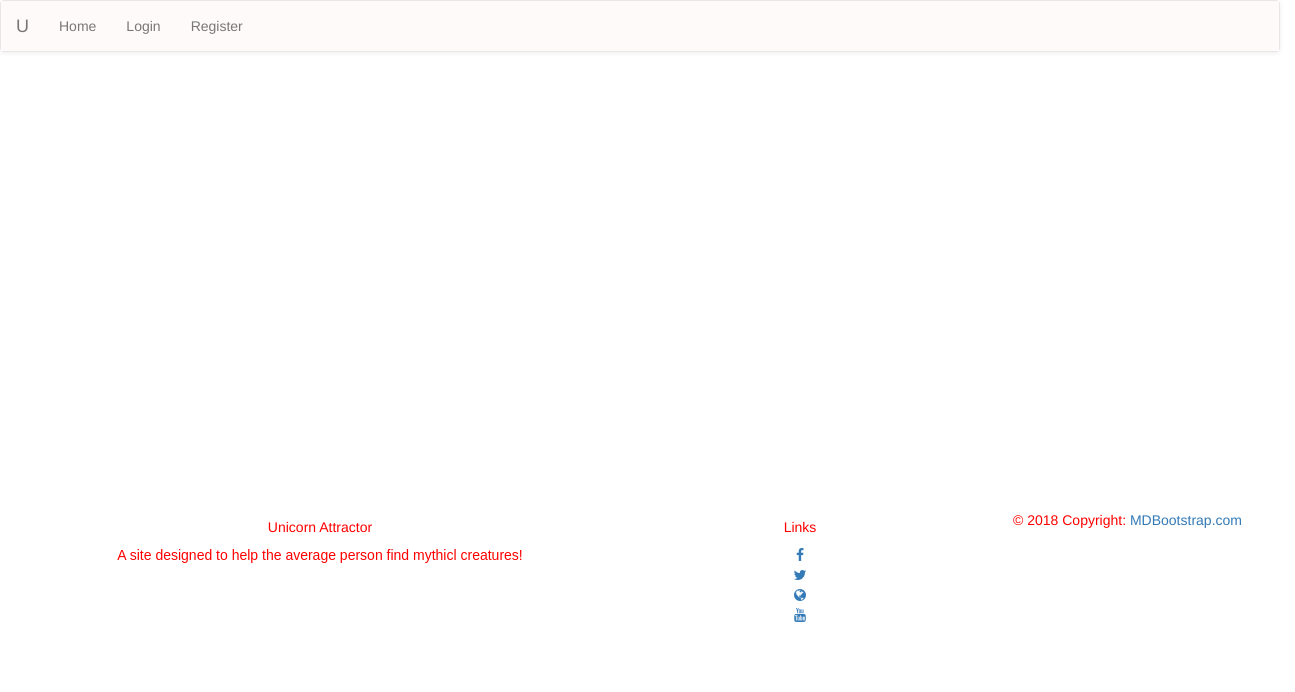
Repository: h8130084/UnicornAttractor
Page: templates/base.html
The author's editor kept a record of every edit. The page is drawn from the files as they stood at one moment, then again after the next edit.
The browser window is 1280 px wide. The page is 1295 px wide, then 1280 px, so the pictures cover 1295 px, including what lies to the right of the window. The pictures show the whole page.
Some web fonts or font styles are not loaded; a fallback is used. Some web libraries are served in a nearby version. The template is drawn by Django 2.2. The application's start-up code is not run. The template is opened directly, without the code that normally fills it, so the values that code supplies are empty.

Above is the page before.

After the next edit:
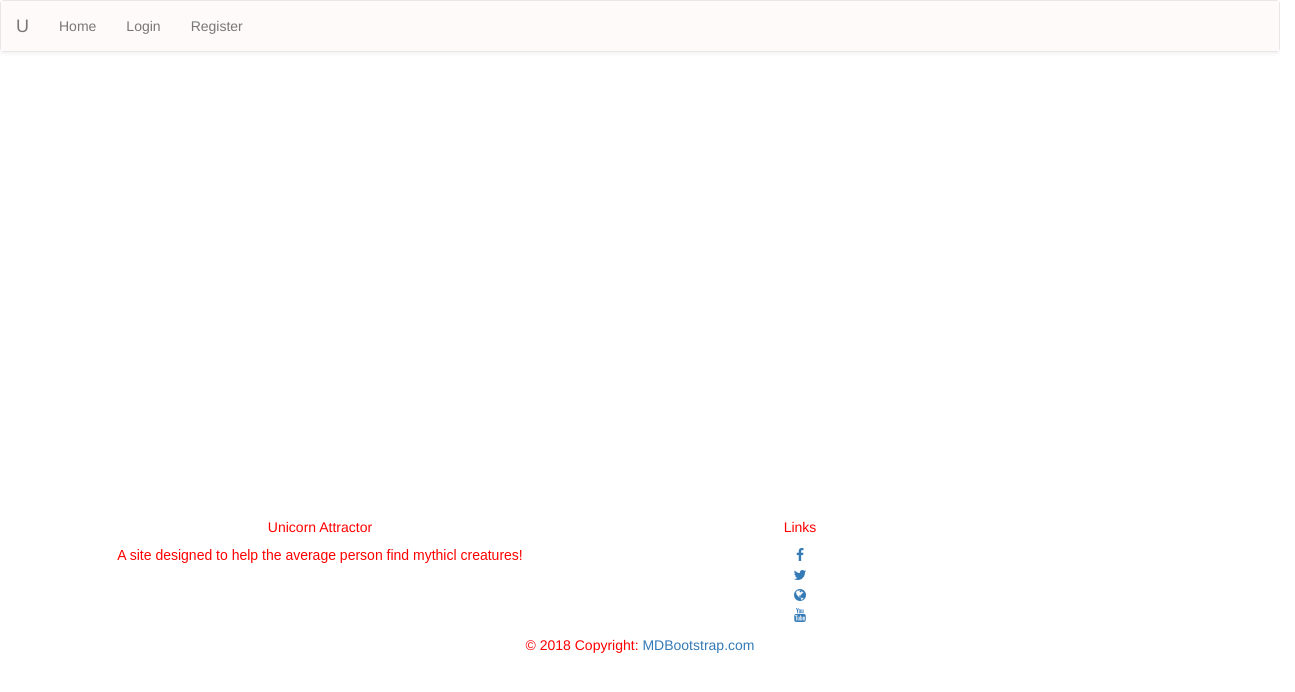
The edit:
--- a/templates/base.html
+++ b/templates/base.html
@@ -86,31 +86,31 @@
 <!-- Footer -->
 <footer class="page-footer fixed-bottom">
 
-  <div class="container-fluid text-center text-md-left">
-    <div class="row">
-      <div class="col-md-6 mt-md-0 mt-3">
-        <h5> Unicorn Attractor</h5>
-        <p>A site designed to help the average person find mythicl creatures!</p>
-      </div>
+    <div class="container-fluid text-center text-md-left">
+        <div class="row">
+            <div class="col-md-6 mt-md-0 mt-3">
+                <h5> Unicorn Attractor</h5>
+                <p>A site designed to help the average person find mythicl creatures!</p>
+            </div>
 
-      <div class="col-md-3 mb-md-0 mb-3">
-
-        <!-- Links -->
-        <h5>Links</h5>
-        <ul class="list-unstyled">
+            <div class="col-md-3 mb-md-0 mb-3">
+                <!-- Links -->
+                <h5>Links</h5>
+                <ul class="list-unstyled">
                     <li><a target="#" href=""><i class= "fa fa-facebook"></i></a></li>
                     <li><a target="#" href=""><i class= "fa fa-twitter"></i></a></li>
                     <li><a target="#" href=""><i class= "fa fa-globe"></i></a></li>
                     <li><a target="#" href=""><i class= "fa fa-youtube"></i></a></li>
-        </ul>
+                </ul>
 
 
-  </div>
-  <!-- Copyright - taken ideas from this-->
-  <div class="row" "footer-copyright text-center py-3">© 2018 Copyright:
-    <a href="https://mdbootstrap.com/education/bootstrap/"> MDBootstrap.com</a>
-  </div>
-  <!-- Copyright -->
+            </div>
+        </div>
+        <!-- Copyright - taken ideas from this-->
+        <div class="row" "footer-copyright text-center py-3">© 2018 Copyright:
+            <a href="https://mdbootstrap.com/education/bootstrap/"> MDBootstrap.com</a>
+        </div>
+        <!-- Copyright -->
 
 </footer>
 
